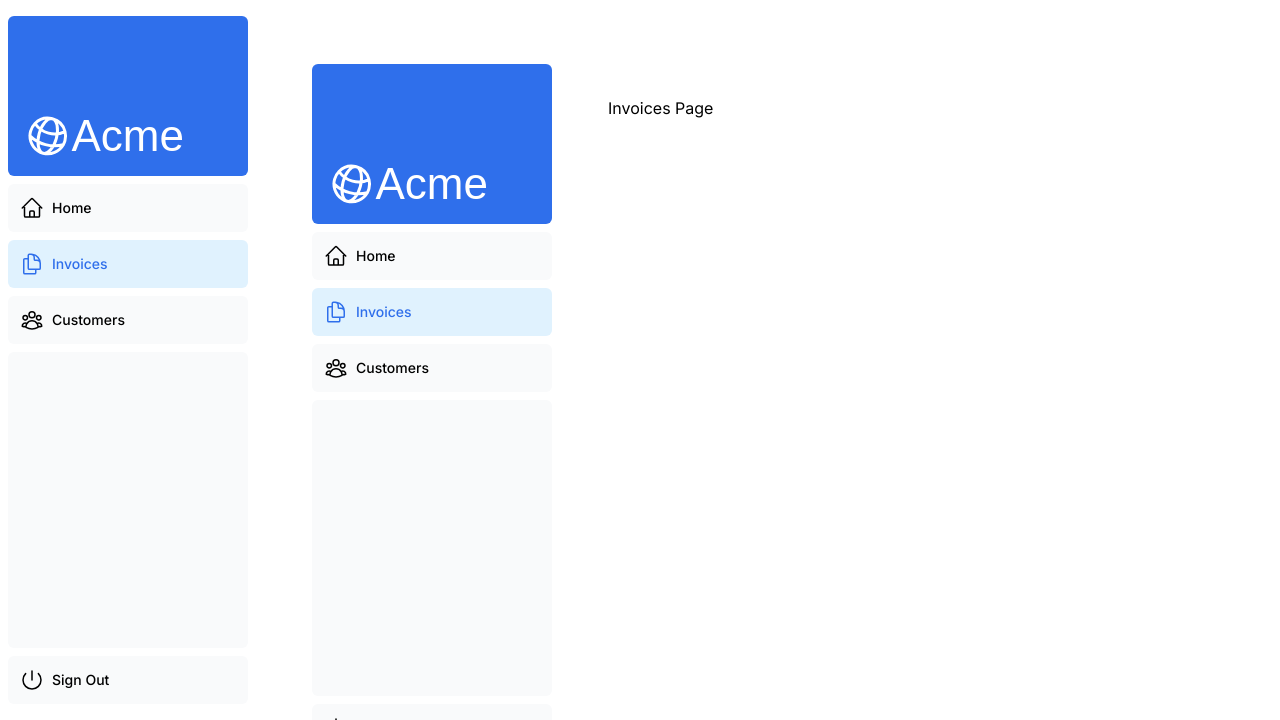
Repository: zhaoljgithub/nextjs-dashboard
Page: /dashboard/invoices
These files come from the project's save history. The page is drawn as it stood at one moment and after the next save; the edit follows.
The browser window is 1280 px wide. The pictures show the whole page.
An inner scrolling area shows only its first screen. Some web fonts or font styles are not loaded; a fallback is used. The project was rebuilt for these pictures with package versions that can differ from the ones it lists, and the page was loaded fresh each time. The framework's server and built-in components were replaced by stand-ins that run in the browser. Also part of the build but not shown: next.config.js.

Above is the page before, as saved 2024-04-10 11:11:08.

### app/ui/dashboard/sidenav.tsx
import Link from 'next/link';
import NavLinks from '@/app/ui/dashboard/nav-links';
import AcmeLogo from '@/app/ui/acme-logo';
import { PowerIcon } from '@heroicons/react/24/outline';

export default function SideNav() {
  return (
    <div className="flex h-full flex-col px-3 py-4 md:px-2">
      <Link
        className="mb-2 flex h-20 items-end justify-start rounded-md bg-blue-600 p-4 md:h-40"
        href="/"
      >
        <div className="w-32 text-white md:w-40">
          <AcmeLogo />
        </div>
      </Link>
      <div className="flex grow flex-row justify-between space-x-2 md:flex-col md:space-x-0 md:space-y-2">
        <NavLinks />
        <div className="hidden h-auto w-full grow rounded-md bg-gray-50 md:block"></div>
        <form>
          <button className="flex h-[48px] w-full grow items-center justify-center gap-2 rounded-md bg-gray-50 p-3 text-sm font-medium hover:bg-sky-100 hover:text-blue-600 md:flex-none md:justify-start md:p-2 md:px-3">
            <PowerIcon className="w-6" />
            <div className="hidden md:block">Sign Out</div>
          </button>
        </form>
      </div>
    </div>
  );
}

### app/ui/dashboard/nav-links.tsx
'use client';

import {
  UserGroupIcon,
  HomeIcon,
  DocumentDuplicateIcon,
} from '@heroicons/react/24/outline';
import Link from 'next/link';
import { usePathname } from 'next/navigation';
import clsx from 'clsx';

// Map of links to display in the side navigation.
// Depending on the size of the application, this would be stored in a database.
const links = [
  { name: 'Home', href: '/dashboard', icon: HomeIcon },
  {
    name: 'Invoices',
    href: '/dashboard/invoices',
    icon: DocumentDuplicateIcon,
  },
  { name: 'Customers', href: '/dashboard/customers', icon: UserGroupIcon },
];

export default function NavLinks() {
  const pathname = usePathname();
  return (
    <>
      {links.map((link) => {
        const LinkIcon = link.icon;
        return (
          <Link
            key={link.name}
            href={link.href}
            className={clsx(
              'flex h-[48px] grow items-center justify-center gap-2 rounded-md bg-gray-50 p-3 text-sm font-medium hover:bg-sky-100 hover:text-blue-600 md:flex-none md:justify-start md:p-2 md:px-3',
              {
                'bg-sky-100 text-blue-600': pathname === link.href,
              },
            )}
          >
            <LinkIcon className="w-6" />
            <p className="hidden md:block">{link.name}</p>
          </Link>
        );
      })}
    </>
  );
}

Loaded but not shown: app/layout.tsx (common file); app/dashboard/layout.tsx (common file); app/dashboard/invoices/layout.tsx (common file); app/dashboard/invoices/page.tsx (common file); app/ui/global.css (common file); app/ui/fonts.ts (common file); app/ui/acme-logo.tsx (common file); tailwind.config.ts (common file)

After the next save:
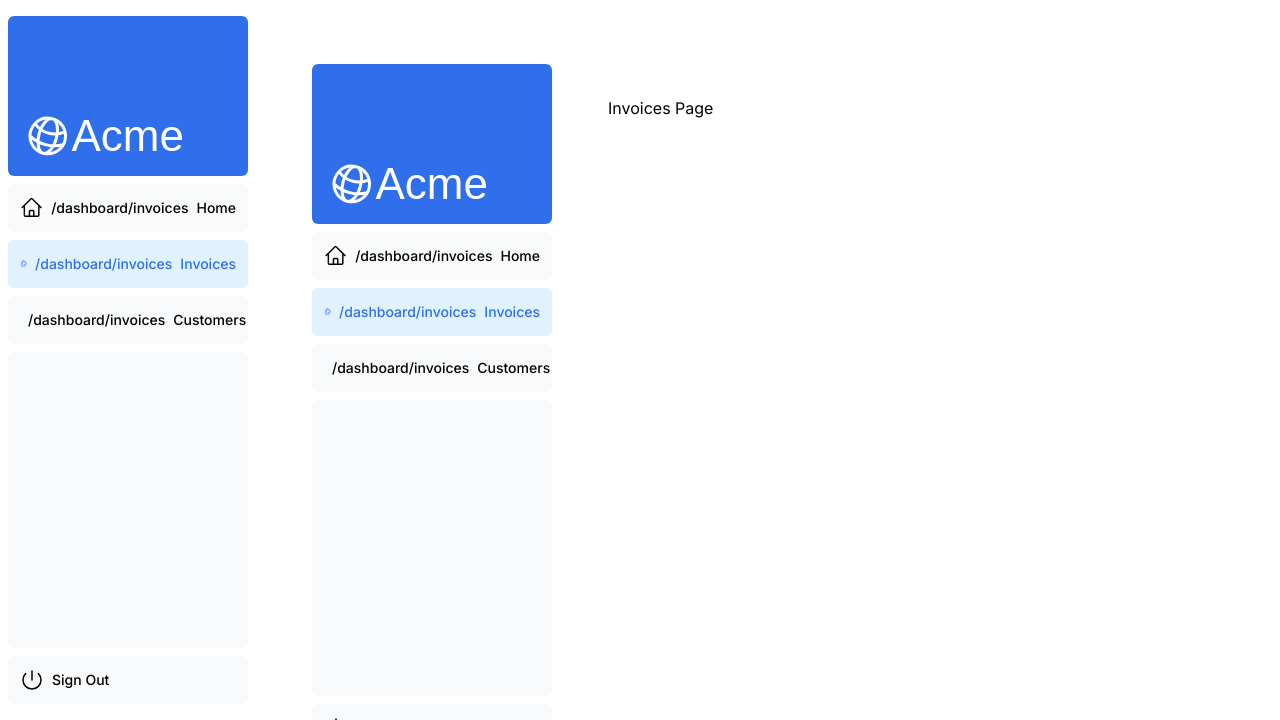
Saved 28 s later.
--- a/app/ui/dashboard/nav-links.tsx
+++ b/app/ui/dashboard/nav-links.tsx
@@ -38,7 +38,7 @@
               },
             )}
           >
-            <LinkIcon className="w-6" />
+            <LinkIcon className="w-6" />{pathname}
             <p className="hidden md:block">{link.name}</p>
           </Link>
         );
